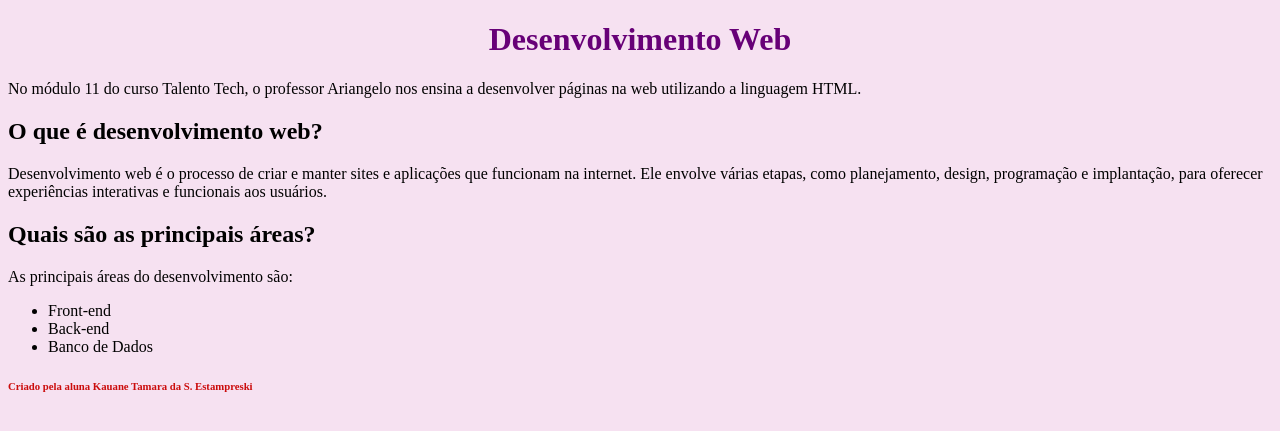
Repository: euKaKau/euKakau.github.io
Page: index.html
The author's editor kept a copy of each file at every save. The page is drawn from the files as they stood at one save, then again after the next save.
The browser window is 1280 px wide. The pictures show the whole page.

Above is the page before, as saved 2024-12-16 09:50:47.

After the next save:
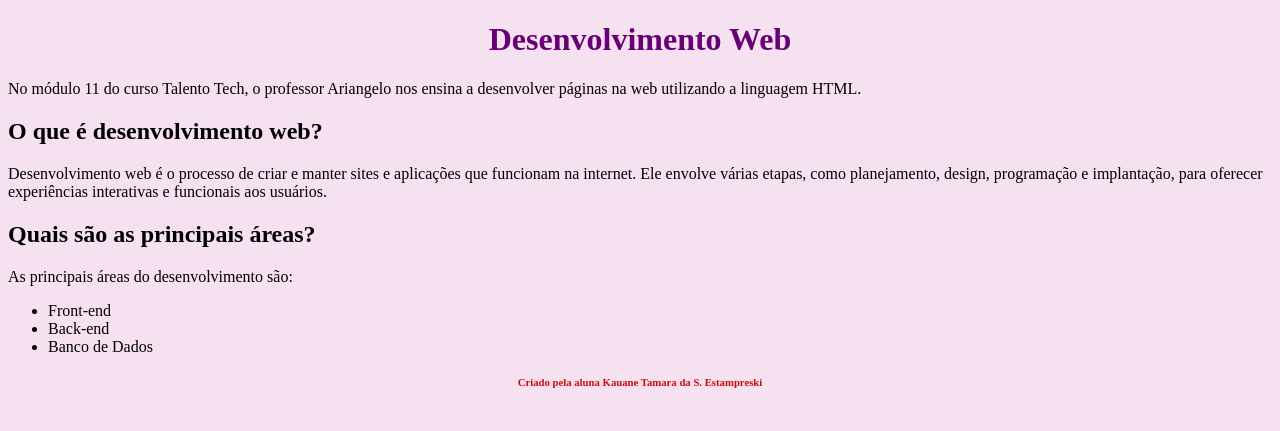
Saved 10 min 36 s later.
--- a/index.html
+++ b/index.html
@@ -3,9 +3,7 @@
 <head>
     <meta charset="UTF-8">
     <meta name="viewport" content="width=device-width, initial-scale=1.0">
-    <head>
-        <title>Módulo 11 Talento Tech</title>
-        </head>
+    <title>Módulo 11 Talento Tech</title>
     <style>
         body {
             background-color: rgb(246, 225, 241);
@@ -13,6 +11,11 @@
         h1 {
             color: rgb(103, 0, 119);
             text-align: center;
+        }
+        h6 {
+            color: rgb(203, 12, 12);
+            text-align: center;
+            margin-top: 20px;
         }
     </style>
 </head>
@@ -33,6 +36,7 @@
         <li>Back-end</li>
         <li>Banco de Dados</li>
     </ul>
-    <h6 style="color:rgb(203, 12, 12);">Criado pela aluna Kauane Tamara da S. Estampreski</h6>
+
+    <h6>Criado pela aluna Kauane Tamara da S. Estampreski</h6>
 </body>
 </html>
